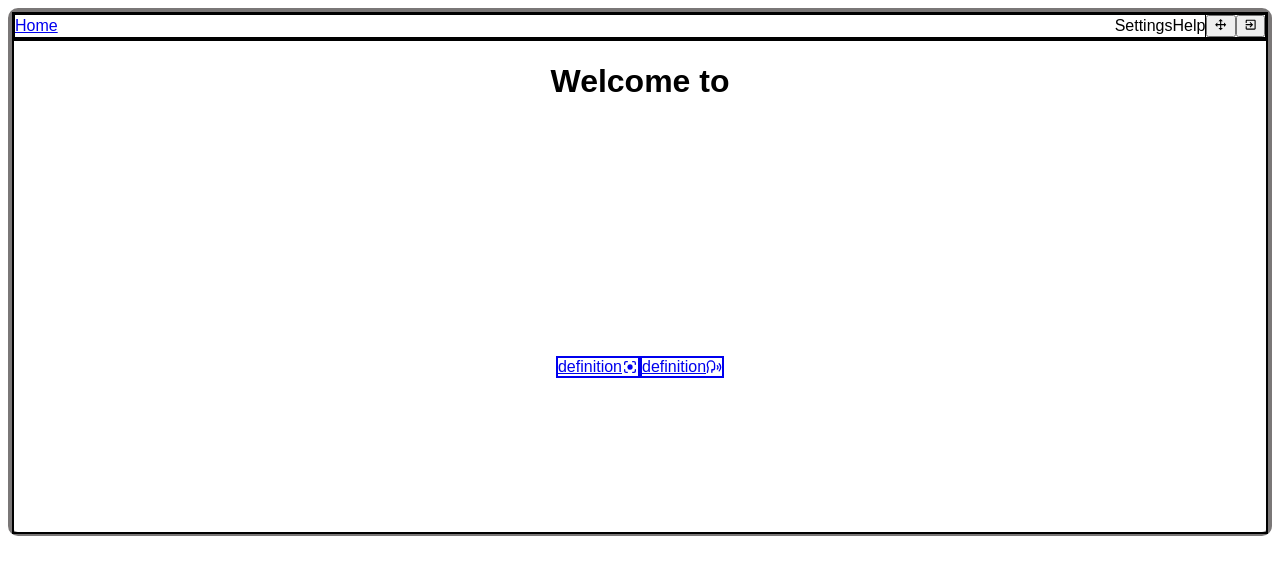
Repository: stevenreas09-coder/ai-assistance
Page: /
The author's editor kept a copy of each file at every save. The page is drawn from the files as they stood at one save, then again after the next save.
The browser window is 1280 px wide. The pictures show the whole page.
The project was rebuilt for these pictures with package versions that can differ from the ones it lists, and the page was loaded fresh each time. The framework's server and built-in components were replaced by stand-ins that run in the browser. Also part of the build but not shown: next.config.ts.

Above is the page before, as saved 2025-12-18 19:47:31.

### app/layout.tsx
import type { Metadata } from "next";
import { Geist, Geist_Mono } from "next/font/google";
import "./globals.css";
import HeaderOverlay from "./component/HeaderOverlay";

const geistSans = Geist({
  variable: "--font-geist-sans",
  subsets: ["latin"],
});

const geistMono = Geist_Mono({
  variable: "--font-geist-mono",
  subsets: ["latin"],
});

export const metadata: Metadata = {
  title: "Create Next App",
  description: "Generated by create next app",
};

export default function RootLayout({
  children,
}: Readonly<{
  children: React.ReactNode;
}>) {
  return (
    <html lang="en">
      <body
        className={`${geistSans.variable} ${geistMono.variable} rounded-3xl antialiased h-[520px] overflow-hidden`}
      >
        {/* Main Wrapper: flex-col ensures header and content stack correctly */}
        <div className="rounded p-2 flex flex-col space-y-2 h-full border border-black/10">
          {/* DRAG AREA: This container holds your HeaderOverlay.
              Because HeaderOverlay has WebkitAppRegion: "drag",
              this entire top section acts as the window handle.
          */}
          <div className="shrink-0 h-8 bg-black/60 border-2 border-white/30 rounded-xl">
            <HeaderOverlay />
          </div>

          {/* CONTENT AREA: flex-1 takes up remaining space.
              overflow-auto allows the page content to scroll
              WITHOUT moving the HeaderOverlay.
          */}
          <main className="flex-1 bg-black/60 border border-white/30 box-border rounded-2xl">
            {children}
          </main>
        </div>
      </body>
    </html>
  );
}

### app/page.tsx
import Link from "next/link";
import { TbCaptureFilled } from "react-icons/tb";
import { LuSpeech } from "react-icons/lu";

export default function Home() {
  return (
    <div className=" w-full h-full text-black">
      <h1 className="text-center p-4 text-black">Welcome to</h1>

      <div className="w-full h-full flex text-sm justify-center items-center px-4 py-10 gap-4 flex-wrap">
        {/* Capture Card */}
        <Link
          href="/capture"
          className="w-80 border-2 flex justify-between items-center rounded p-2 hover:border-amber-500 hover:bg-amber-500 bg-white/40 transition-colors duration-200"
        >
          <div>definition</div>
          <TbCaptureFilled className="w-7 h-7" />
        </Link>

        {/* Speech Card */}
        <Link
          href="/speech"
          className="w-80 border-2 flex justify-between items-center rounded p-2 hover:bg-violet-500 hover:b
          g-violet-500 bg-white/40 transition-colors duration-200"
        >
          <div>definition</div>
          <LuSpeech className="w-7 h-7" />
        </Link>
      </div>
    </div>
  );
}

### app/globals.css
@tailwind base;
@tailwind components;
@tailwind utilities;

body {
  color: var(--foreground);
  font-family: Arial, Helvetica, sans-serif;
  background: transparent; /* <- change this */
  border: 4px solid rgba(120, 117, 117, 0.979); /* white semi-transparent border */
  border-radius: 10px; /* optional rounded corners */
  overflow: hidden;
}
/* ===== CUSTOM SCROLLBAR ===== */
::-webkit-scrollbar {
  width: 8px;
  height: 8px;
}

::-webkit-scrollbar-track {
  background: #1e1e1e; /* dark background */
}

::-webkit-scrollbar-thumb {
  background: #4b5563; /* gray-600 */
  border-radius: 8px;
}

::-webkit-scrollbar-thumb:hover {
  background: #6b7280; /* gray-500 */
}

/* Firefox support */
* {
  scrollbar-width: thin;
  scrollbar-color: #4b5563 #1e1e1e;
}

@layer utilities {
  .drag {
    -webkit-app-region: drag;
  }
  .no-drag {
    -webkit-app-region: no-drag;
  }
}

### app/component/HeaderOverlay.tsx
"use client";
import { useState } from "react";
import { IoMdExit } from "react-icons/io";
import { RiDragMove2Fill } from "react-icons/ri";
import { ImBlocked } from "react-icons/im";
import Link from "next/link";

export default function HeaderOverlay() {
  const [draggable, setDraggable] = useState(true);

  const handleClose = () => {
    window.electronAPI?.closeWindow();
  };

  const toggleDraggable = () => {
    setDraggable(!draggable);
  };

  return (
    <div
      // select-none prevents text highlighting while dragging
      className="w-full h-8 flex items-center text-white font-normal justify-between px-3 select-none border-b border-black/5"
      style={{ WebkitAppRegion: draggable ? "drag" : "no-drag" } as any}
    >
      {/* LEFT: Navigation Link */}
      <div style={{ WebkitAppRegion: "no-drag" } as any}>
        <Link href="/" className="hover:text-amber-600 transition-colors py-1">
          Home
        </Link>
      </div>

      {/* RIGHT: Controls */}
      <div
        className="flex items-center space-x-4"
        style={{ WebkitAppRegion: "no-drag" } as any}
      >
        <div className="hover:text-amber-600 cursor-pointer">Settings</div>
        <div className="hover:text-amber-600 cursor-pointer">Help</div>

        <div className="flex items-center gap-3 border-l border-black/10 pl-3">
          <button
            title={draggable ? "Disable Drag" : "Enable Drag"}
            className="hover:text-amber-500 transition-all active:scale-90"
            onClick={toggleDraggable}
          >
            {draggable ? (
              <RiDragMove2Fill className="w-4 h-4" />
            ) : (
              <ImBlocked className="w-4 h-4 text-red-400" />
            )}
          </button>

          <button
            title="Exit"
            onClick={handleClose}
            className="hover:text-red-500 transition-all active:scale-90"
          >
            <IoMdExit className="w-5 h-5" />
          </button>
        </div>
      </div>
    </div>
  );
}

After the next save:
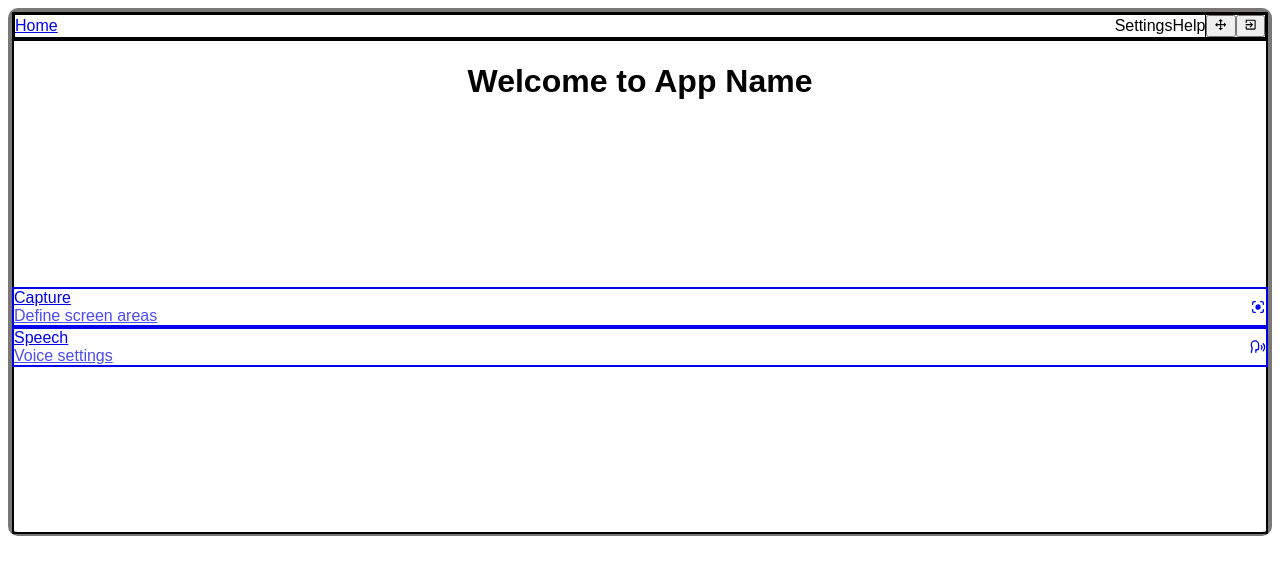
Saved 72 s later.
--- a/app/page.tsx
+++ b/app/page.tsx
@@ -4,27 +4,42 @@ import { LuSpeech } from "react-icons/lu";
 
 export default function Home() {
   return (
-    <div className=" w-full h-full text-black">
-      <h1 className="text-center p-4 text-black">Welcome to</h1>
+    <div className="w-full h-full text-black flex flex-col">
+      {/* Header text with slight top padding */}
+      <h1 className="text-center pt-6 pb-2 text-xl font-semibold">
+        Welcome to <span className="text-amber-600">App Name</span>
+      </h1>
 
-      <div className="w-full h-full flex text-sm justify-center items-center px-4 py-10 gap-4 flex-wrap">
+      {/* Using flex-col instead of wrap to ensure they stack nicely
+         within your fixed 520px height window.
+      */}
+      <div className="flex-1 flex flex-col justify-center items-center px-6 gap-4">
         {/* Capture Card */}
         <Link
           href="/capture"
-          className="w-80 border-2 flex justify-between items-center rounded p-2 hover:border-amber-500 hover:bg-amber-500 bg-white/40 transition-colors duration-200"
+          className="w-full max-w-xs border-2 border-black/5 flex justify-between items-center rounded-lg p-4
+                     hover:border-amber-500 hover:bg-amber-500 hover:text-white
+                     bg-white/40 transition-all duration-200 active:scale-95 group"
         >
-          <div>definition</div>
-          <TbCaptureFilled className="w-7 h-7" />
+          <div className="flex flex-col">
+            <span className="font-bold">Capture</span>
+            <span className="text-xs opacity-70">Define screen areas</span>
+          </div>
+          <TbCaptureFilled className="w-8 h-8 group-hover:rotate-12 transition-transform" />
         </Link>
 
         {/* Speech Card */}
         <Link
           href="/speech"
-          className="w-80 border-2 flex justify-between items-center rounded p-2 hover:bg-violet-500 hover:b
-          g-violet-500 bg-white/40 transition-colors duration-200"
+          className="w-full max-w-xs border-2 border-black/5 flex justify-between items-center rounded-lg p-4
+                     hover:border-violet-500 hover:bg-violet-500 hover:text-white
+                     bg-white/40 transition-all duration-200 active:scale-95 group"
         >
-          <div>definition</div>
-          <LuSpeech className="w-7 h-7" />
+          <div className="flex flex-col">
+            <span className="font-bold">Speech</span>
+            <span className="text-xs opacity-70">Voice settings</span>
+          </div>
+          <LuSpeech className="w-8 h-8 group-hover:-rotate-12 transition-transform" />
         </Link>
       </div>
     </div>
